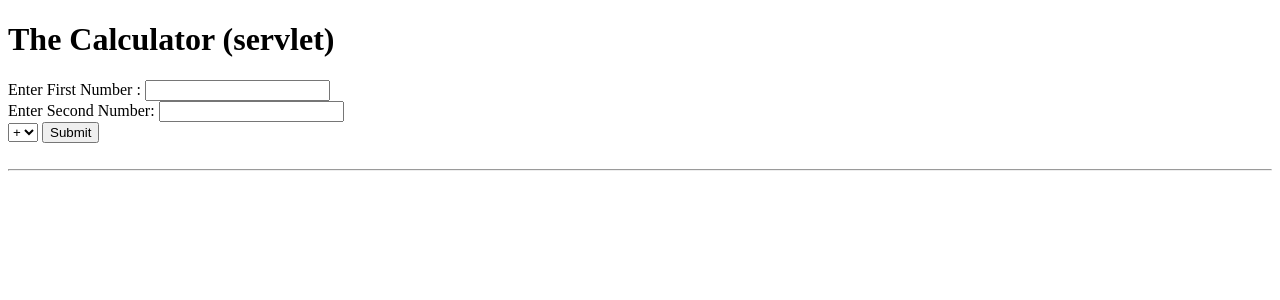
Repository: kunalquantum/jsp2
Page: demoApp/src/main/webapp/index2.html
The author's editor kept a copy of each file at every save. The page is drawn from the files as they stood at one save, then again after the next save.
The browser window is 1280 px wide. The pictures show the whole page.

Above is the page before, as saved 2024-06-12 07:25:24.

### demoApp/src/main/webapp/index2.html
<!DOCTYPE html>
<html>
<head>
<meta charset="UTF-8">
<title>Form page</title>
</head>
<body>

<h1>The Calculator (servlet)</h1>
<form action ="add" method="Get">

Enter First Number : <input type="text" name="num1"><br>
Enter Second Number: <input type="text" name="num2"><br>

<select name="operation">
            <option value="+">+</option>
            <option value="-">-</option>
            <option value="*">*</option>
            <option value="/">/</option>
</select>


<input type="submit"><br>

</form>
<br>
<hr>




</body>
</html>

After the next save:
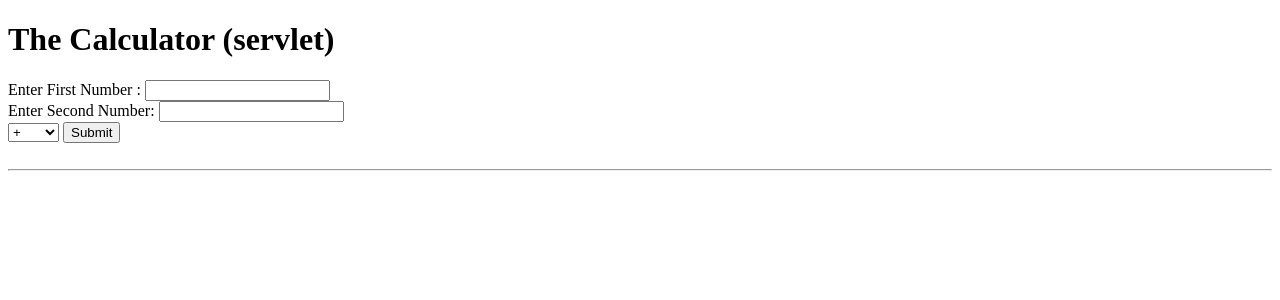
Saved 2 min 5 s later.
--- a/demoApp/src/main/webapp/index2.html
+++ b/demoApp/src/main/webapp/index2.html
@@ -17,6 +17,9 @@ Enter Second Number: <input type="text" name="num2"><br>
             <option value="-">-</option>
             <option value="*">*</option>
             <option value="/">/</option>
+            <option value="%">%</option>
+            <option value="SQR">SQR</option>
+            <option value="AVR">AVR</option>
 </select>
 
 
